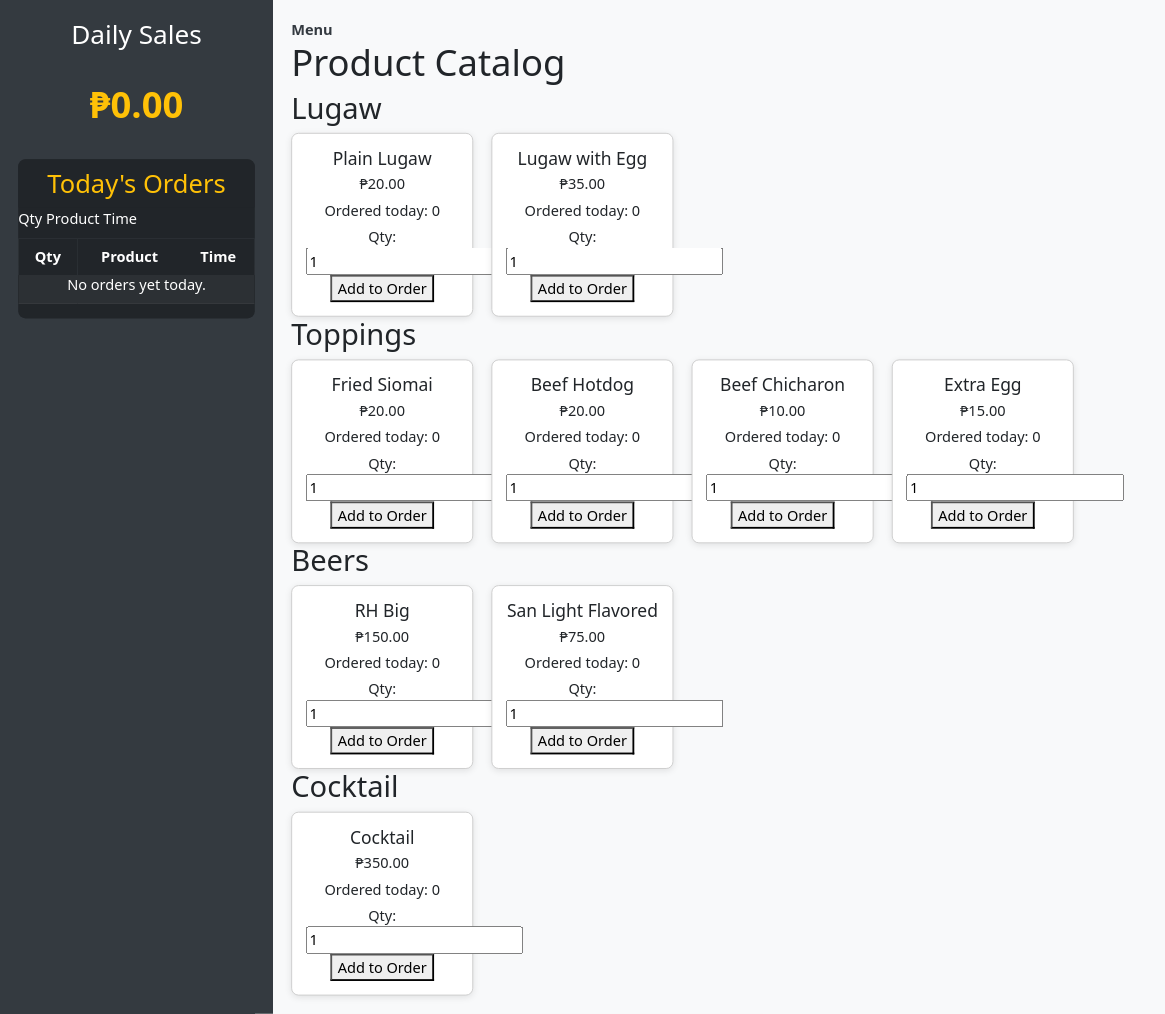
Repository: Jijiluzana225/lugawan_pitlane
Page: http://localhost/catalog/
The author's editor kept a copy of each file at every save. The page is drawn from the files as they stood at one save, then again after the next save.
The browser window is 1280 px wide. The pictures show the whole page, at 91% of full size.
The page is served by the project's application, run on Django 5.2 (manage.py). The page reads the database file committed with the project.

Above is the page before, as saved 2025-03-06 09:39:41.

After the next save:
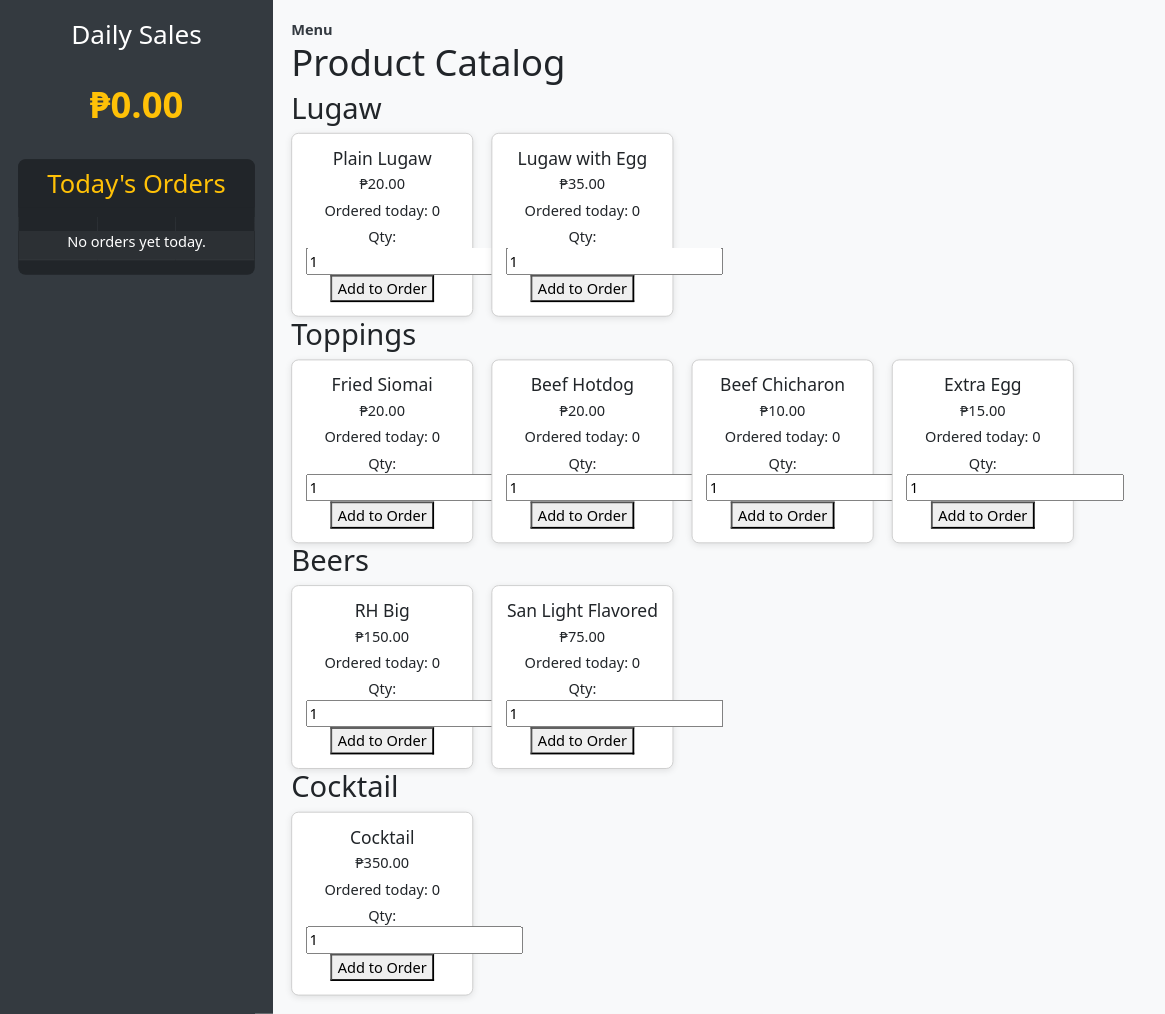
Saved 28 s later.
--- a/pos/templates/pos/base.html
+++ b/pos/templates/pos/base.html
@@ -152,18 +152,14 @@
 
         <div class="orders-table">
             <h3 class="sticky-header">Today's Orders</h3>
-            <tr>
-                <th>Qty</th>
-                <th>Product</th>
-                <th>Time</th>
-            </tr>
+
             <div class="scrollable-table">
                 <table class="table table-dark table-striped">
                     <thead class="sticky-thead">
                         <tr>
-                            <th>Qty</th>
-                            <th>Product</th>
-                            <th>Time</th>
+                            <th></th>
+                            <th></th>
+                            <th></th>
                         </tr>
                     </thead>
                     <tbody>
